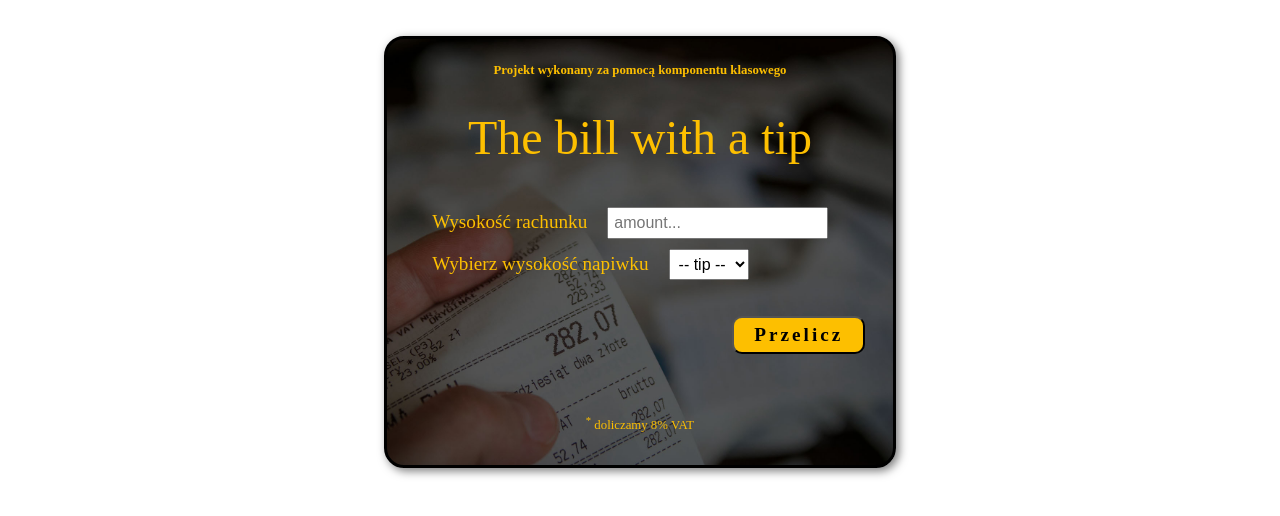
Repository: KrzysKolo/sr_tydzien4_zad1
Page: /
The author's editor kept a copy of each file at every save. The page is drawn from the files as they stood at one save, then again after the next save.
The browser window is 1280 px wide. The pictures show the whole page.
Some web fonts or font styles are not loaded; a fallback is used. The project was rebuilt for these pictures with package versions that can differ from the ones it lists, and the page was loaded fresh each time. Also part of the build but not shown: src/components/ParagrapfCard.js.

Above is the page before, as saved 2020-11-06 14:59:30.

After the next save:
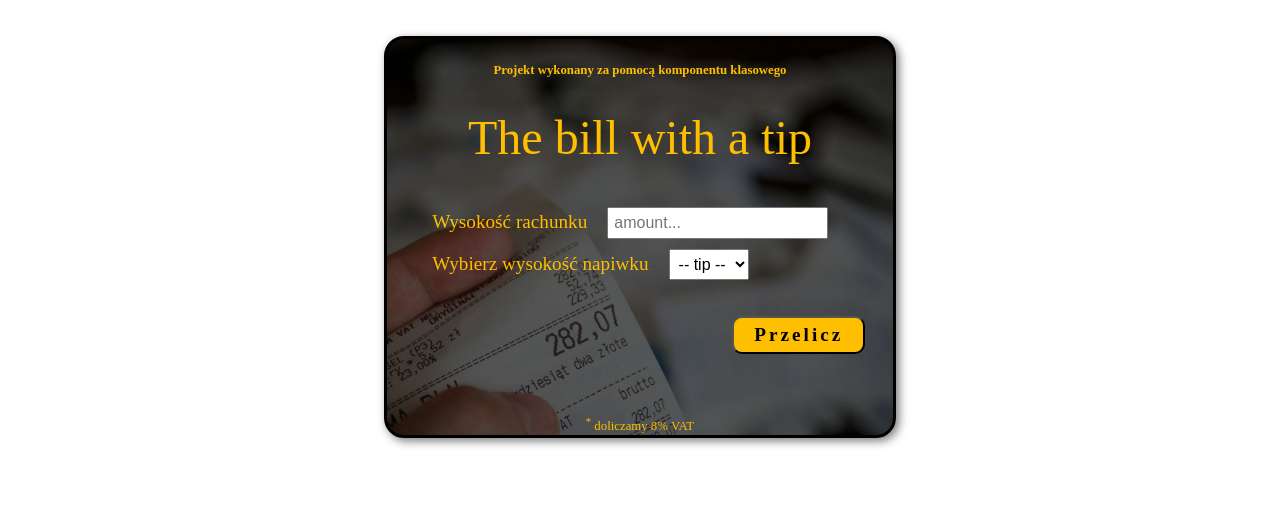
Saved 3 min 38 s later.
--- a/src/components/BillCard.css
+++ b/src/components/BillCard.css
@@ -1,6 +1,6 @@
 .billCard__wrapper {
-  width: 40vw;
-  height: 60vh;
+  max-width: 40vw;
+  max-height: 60vh;
   background: url("./../image/bill.jpg");
   background-size: cover;
   border: 3px solid black;

After the save that followed:
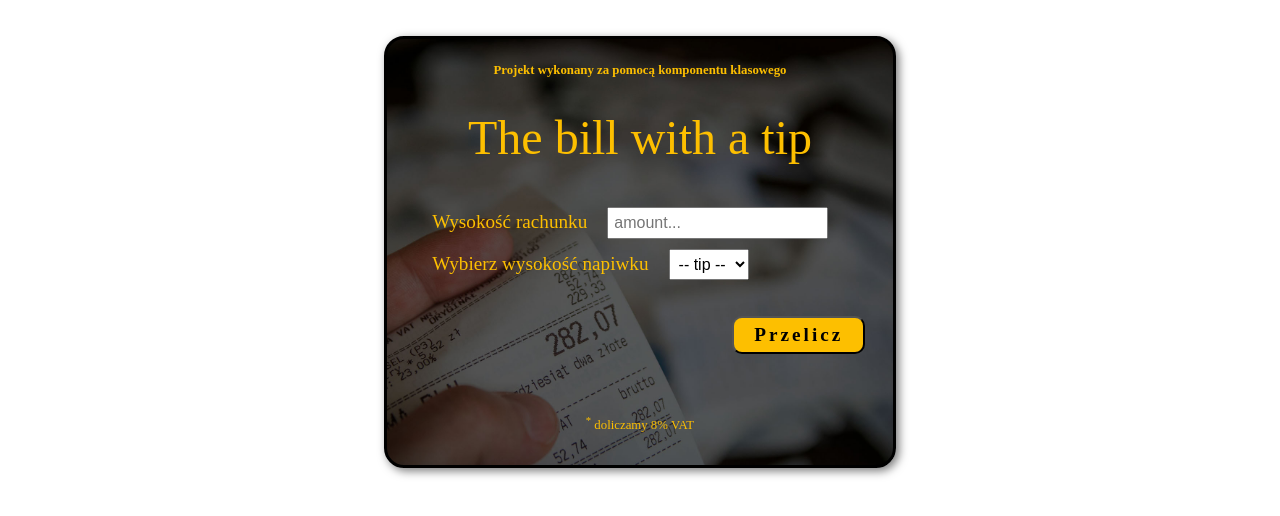
Saved 25 s later.
--- a/src/components/BillCard.css
+++ b/src/components/BillCard.css
@@ -1,6 +1,6 @@
 .billCard__wrapper {
-  max-width: 40vw;
-  max-height: 60vh;
+  width: 40vw;
+  height: 60vh;
   background: url("./../image/bill.jpg");
   background-size: cover;
   border: 3px solid black;
